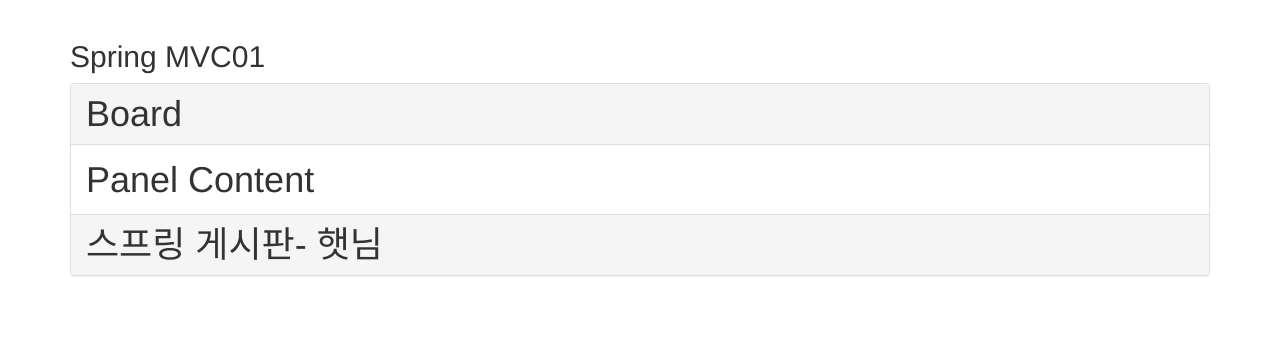
Repository: Hyerim-Ryu/Spring-
Page: http://localhost/SpringMVC01/boardList.do
An editor plug-in stored every save of this project. The page is shown before and after the next save, followed by the edit.
The browser window is 1280 px wide. The pictures show the whole page.
The page is served by Tomcat 9. Other server files are loaded and not shown.

Above is the page before, as saved 2023-09-05 01:47:59.

### workspace.edu/SpringMVC01/src/main/webapp/WEB-INF/views/boardList.jsp
<%@ page language="java" contentType="text/html; charset=UTF-8"
    pageEncoding="UTF-8"%>
<%@ taglib prefix="c" uri="http://java.sun.com/jsp/jstl/core" %>
<!DOCTYPE html>
<html>
<head>
<meta charset="UTF-8">
<title>Insert title here</title>
<link rel="stylesheet" href="https://maxcdn.bootstrapcdn.com/bootstrap/3.4.1/css/bootstrap.min.css">
<script src="https://ajax.googleapis.com/ajax/libs/jquery/3.6.4/jquery.min.js"></script>
<script src="https://maxcdn.bootstrapcdn.com/bootstrap/3.4.1/js/bootstrap.min.js"></script>
</head>
<body>
	<h1>
		<div class="container">
		  <h2>Spring MVC01</h2>
			  <div class="panel panel-default">
			    <div class="panel-heading">Board</div>
			    <div class="panel-body">Panel Content</div>
			    <div class="panel-footer">스프링 게시판- 햇님</div>
		  </div>
		</div>
	</h1>
</body>
</html>

After the next save:
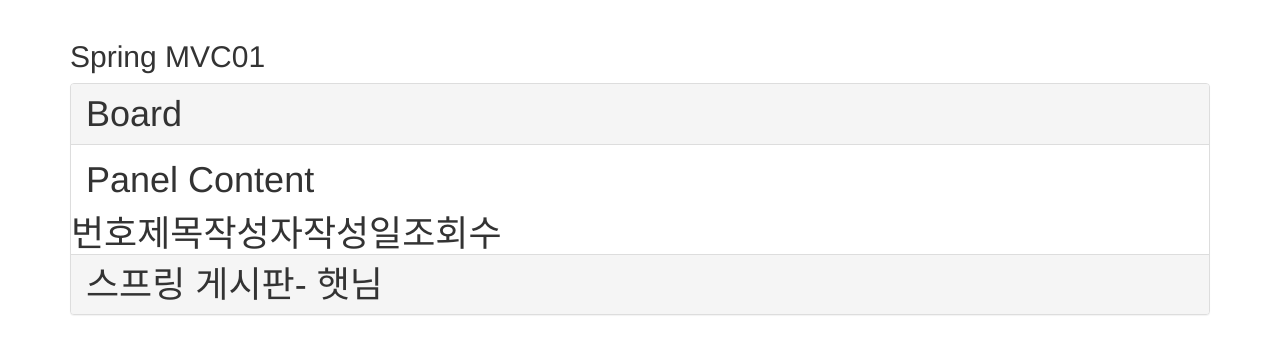
Saved 18 min 17 s later.
--- a/workspace.edu/SpringMVC01/src/main/webapp/WEB-INF/views/boardList.jsp
+++ b/workspace.edu/SpringMVC01/src/main/webapp/WEB-INF/views/boardList.jsp
@@ -17,6 +17,15 @@
 			  <div class="panel panel-default">
 			    <div class="panel-heading">Board</div>
 			    <div class="panel-body">Panel Content</div>
+			    	<table>
+			    		<tr>
+			    			<td>번호</td>
+			    			<td>제목</td>
+			    			<td>작성자</td>
+			    			<td>작성일</td>
+			    			<td>조회수</td>
+			    		</tr>
+			    	</table>
 			    <div class="panel-footer">스프링 게시판- 햇님</div>
 		  </div>
 		</div>
